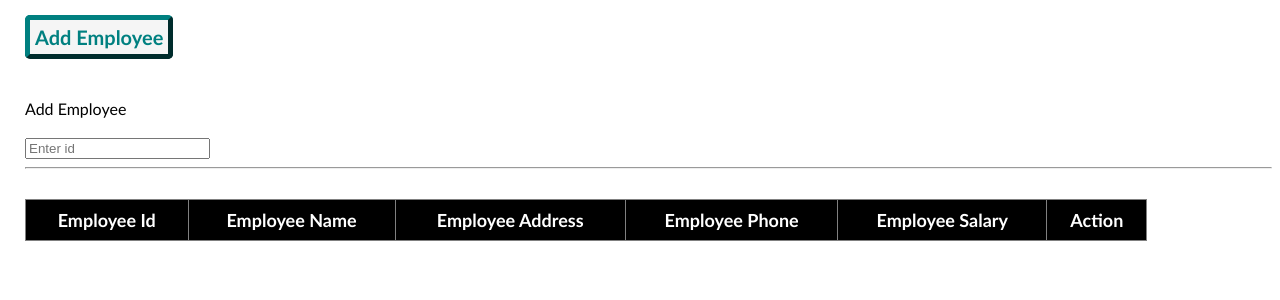
Repository: prieeyatambe/priyatambe_SpringMavenHibernate
Page: http://localhost/Project/WEB-INF/view/list.jsp
An editor plug-in stored every save of this project. The page is shown before and after the next save, followed by the edit.
The browser window is 1280 px wide. The pictures show the whole page.
The page is served by Tomcat 9. Nobody is signed in. The template is opened directly, without the code that normally fills it, so the values that code supplies are empty.

Above is the page before, as saved 2024-03-06 10:03:52.

After the next save:
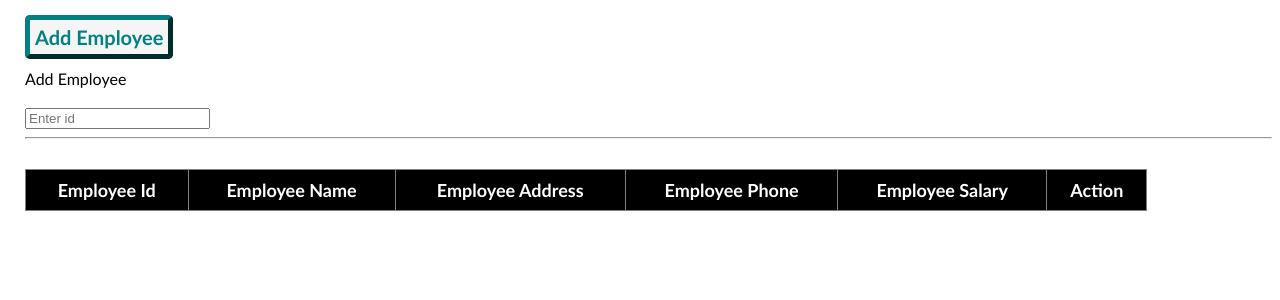
Saved 9 s later.
--- a/SpringMaven/mavenproject/Project/src/main/webapp/WEB-INF/view/list.jsp
+++ b/SpringMaven/mavenproject/Project/src/main/webapp/WEB-INF/view/list.jsp
@@ -68,7 +68,7 @@ td{
   font-size: 17px;
 }
 .fetch-emp{
-	margin-top: 50px;
+	margin-top: 20px;
 }
 </style>
 </head>
